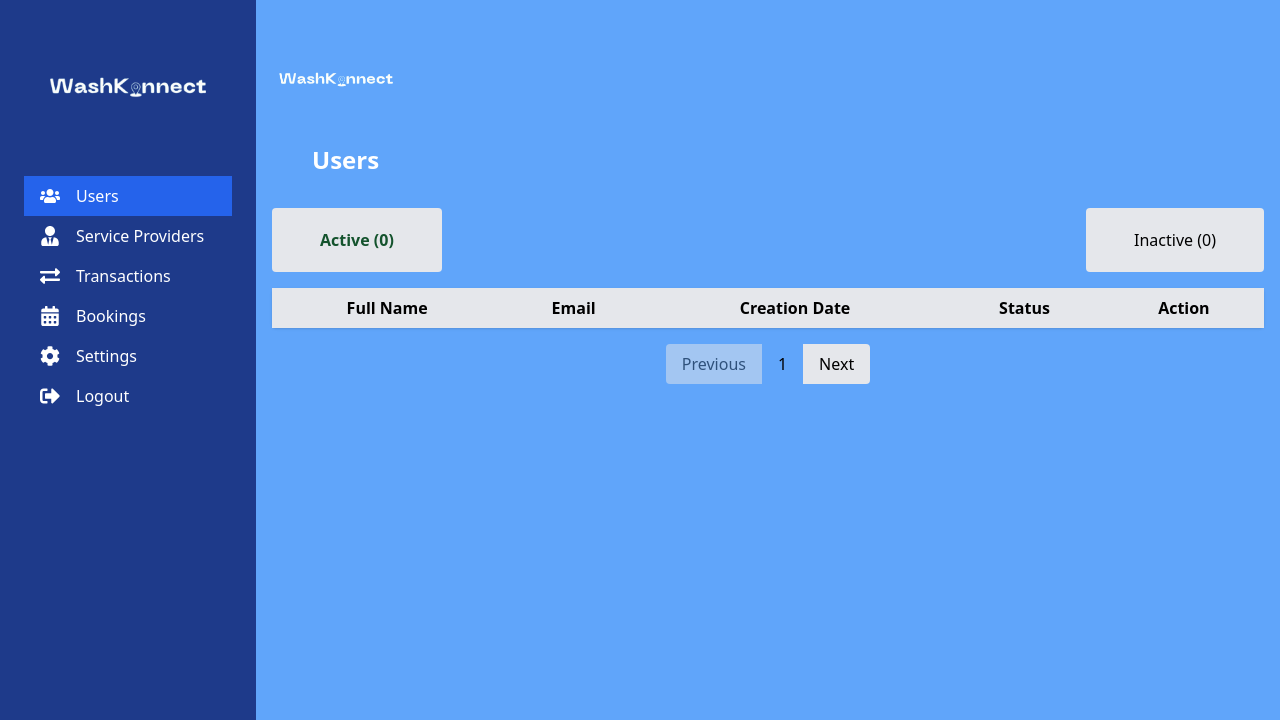
Repository: TEKVOLUTION-LTD/Admin-washKonnect
Page: /dashboard/users (app in Admin-WashKonnect/)
These files come from the project's save history. The page is drawn as it stood at one moment and after the next save; the edit follows.
The browser window is 1280 px wide. The pictures show the whole page.
The page's requests for data from a server got no answer. The project was rebuilt for these pictures with package versions that can differ from the ones it lists, and the page was loaded fresh each time. No one was signed in, and anything a server would have sent is missing. Also part of the build but not shown: Admin-WashKonnect/vite.config.js, Admin-WashKonnect/src/pages/LoginPage.jsx, Admin-WashKonnect/src/pages/ServiceProviderPage.jsx, Admin-WashKonnect/src/pages/TransactionsPage.jsx, Admin-WashKonnect/src/pages/BookingsPage.jsx, Admin-WashKonnect/src/pages/SettingsPage.jsx, Admin-WashKonnect/src/pages/LogoutPage.jsx, Admin-WashKonnect/src/pages/ServiceProviderProfile.jsx and 1 more.

Above is the page before, as saved 2024-11-25 14:50:42.

### Admin-WashKonnect/src/App.jsx
import { BrowserRouter as Router, Route, Routes } from "react-router-dom";
import LoginPage from "./pages/LoginPage";
import Dashboard from "./pages/Dashboard";
import SignUpPage from "./pages/SignUpPage";

function App() {
  return (
    <Router>
      <Routes>
        <Route path="/" element={<LoginPage />} />
        <Route path="/dashboard/*" element={<Dashboard />} />
        <Route path='/signup/*' element={<SignUpPage />} />
      </Routes>
    </Router>
  );
}

export default App;

### Admin-WashKonnect/src/pages/Dashboard.jsx
import { Route, Routes } from "react-router-dom";
import Sidebar from "../components/Sidebar";
import UserPage from "../components/UsersPage";
import ServiceProviderPage from "./ServiceProviderPage";
import TransactionsPage from "./TransactionsPage";
import BookingsPage from "./BookingsPage";
import SettingsPage from "./SettingsPage";
import LogoutPage from "./LogoutPage";
import ServiceProviderProfile from "./ServiceProviderProfile";

const Dashboard = () => {
  return (
    <div className="flex h-screen ">
      <Sidebar />
      <div className="flex-1 bg-blue-400 p-4 overflow-auto ">
        <Routes>
          <Route path="users" element= {<UserPage />} />
          {/* <Route path="users" element= {<UserPage />} /> */}
          <Route path="service-providers" element={<ServiceProviderPage />} />
          <Route path="service-providerprofile" element={<ServiceProviderProfile />} />
          <Route path="transactions" element={<TransactionsPage />} />
          <Route path="bookings" element={<BookingsPage />} />
          <Route path="settings" element={<SettingsPage />} />
          <Route path="logout" element={<LogoutPage />} />
        </Routes>
      </div>
    </div>
  );
};

export default Dashboard;

### Admin-WashKonnect/src/api/api.js
import axios from "axios";

const API = axios.create({
  baseURL: "http://localhost:5000/api", // Change this to match your backend URL
});

export default API;

### Admin-WashKonnect/src/components/Sidebar.jsx
import { NavLink } from "react-router-dom";
import { FaUsers, FaUserTie, FaExchangeAlt, FaCalendarAlt, FaCog, FaSignOutAlt } from "react-icons/fa";
import WashkonnectLogo from '../assets/WashkonnectLogo.png'

const Sidebar = () => {
  const links = [
    { name: "Users", path: "users", icon: <FaUsers /> },
    { name: "Service Providers", path: "service-providers", icon: <FaUserTie /> },
    { name: "Transactions", path: "transactions", icon: <FaExchangeAlt /> },
    { name: "Bookings", path: "bookings", icon: <FaCalendarAlt /> },
    { name: "Settings", path: "settings", icon: <FaCog /> },
    { name: "Logout", path: "logout", icon: <FaSignOutAlt /> },
  ];

  return (
    <div className="w-64 bg-blue-900 text-white h-full  flex flex-col ">
      <div>
        <img src={WashkonnectLogo} className="h-[11rem] mx-10" alt="" />
      </div>
      <nav className="flex-1 mt-[rem] px-[1.5rem] ">
        {links.map((link) => (
          <NavLink
            key={link.name}
            to={`/dashboard/${link.path}`}
            className={({ isActive }) =>
              `block px-4 py-2 flex items-center space-x-4 hover:bg-blue-400 ${
                isActive ? "bg-blue-600" : ""
              }`
            }
          >
            <span className="text-xl">{link.icon}</span>
            <span>{link.name}</span>
          </NavLink>
        ))}
      </nav>
    </div>
  );
};

export default Sidebar;

### Admin-WashKonnect/src/components/UsersPage.jsx
import { useState, useEffect } from "react";
import { NavLink } from "react-router-dom"; // Import NavLink for navigation
import API from "../api/api";
import Pagination from "./Pagination";
import WashkonnectLogo from "../assets/WashkonnectLogo.png";

const UserPage = () => {
  const [users, setUsers] = useState([]);
  const [filter, setFilter] = useState("active");
  const [currentPage, setCurrentPage] = useState(1);
  const [activeCount, setActiveCount] = useState(0); // Active users count
  const [inactiveCount, setInactiveCount] = useState(0); // Inactive users count
  const usersPerPage = 10;

  // Fetch users based on filter and calculate counts
  useEffect(() => {
    const fetchUsers = async () => {
      try {
        const response = await API.get(`/users`);
        const allUsers = response.data;

        // Calculate counts
        const activeUsers = allUsers.filter((user) => user.status === "active");
        const inactiveUsers = allUsers.filter((user) => user.status === "inactive");

        setActiveCount(activeUsers.length); // Update active count
        setInactiveCount(inactiveUsers.length); // Update inactive count

        // Filter users for the current view
        const filteredUsers =
          filter === "active" ? activeUsers : inactiveUsers;
        setUsers(filteredUsers);
      } catch (error) {
        console.error("Failed to fetch users", error);
      }
    };

    fetchUsers();
  }, [filter]);

  // Pagination logic
  const startIndex = (currentPage - 1) * usersPerPage;
  const displayedUsers = users.slice(startIndex, startIndex + usersPerPage);

  return (
    <div className="">
      <div>
        <img src={WashkonnectLogo} className="h-[8rem] mx-0" alt="WashKonnect Logo" />
      </div>
      <h1 className="font-bold text-2xl ml-10 text-white">Users</h1>

      {/* Buttons for active and inactive users */}
      <div className="flex justify-between mb-4 mt-[2rem]">
        <button
          onClick={() => setFilter("active")}
          className={`px-[3rem] py-5 rounded ${
            filter === "active" ? "bg-gray-200 text-green-900 font-bold" : "bg-gray-200"
          }`}
        >
          Active ({activeCount}) {/* Display active count */}
        </button>
        <button
          onClick={() => setFilter("inactive")}
          className={`px-[3rem] py-5 rounded ${
            filter === "inactive" ? "bg-gray-200 text-red-600 font-bold" : "bg-gray-200"
          }`}
        >
          Inactive ({inactiveCount}) {/* Display inactive count */}
        </button>
      </div>

      {/* User table */}
      <table className="w-full bg-white rounded shadow">
        <thead>
          <tr className="bg-gray-200">
            <th className="p-2">Full Name</th>
            <th className="p-2">Email</th>
            <th className="p-2">Creation Date</th>
            <th className="p-2">Status</th>
            <th className="p-2">Action</th> {/* Add Action column */}
          </tr>
        </thead>
        <tbody>
          {displayedUsers.map((user) => (
            <tr key={user.id} className="text-center border-t">
              <td className="p-2">{user.fullname}</td>
              <td className="p-2">{user.email}</td>
              <td className="p-2">{user.creationDate}</td>
              <td className="p-2">{user.status}</td>
              <td className="p-2">
                {/* Eye Icon with NavLink */}
                <NavLink to={`/dashboard/users/${user.id}`}>
                  <i className="fas fa-eye cursor-pointer text-blue-600"></i>
                </NavLink>
              </td>
            </tr>
          ))}
        </tbody>
      </table>

      {/* Pagination */}
      <Pagination
        totalItems={users.length}
        itemsPerPage={usersPerPage}
        currentPage={currentPage}
        onPageChange={(page) => setCurrentPage(page)}
      />
    </div>
  );
};

export default UserPage;

### Admin-WashKonnect/src/components/Pagination.jsx
const Pagination = ({ totalItems, itemsPerPage, currentPage, onPageChange }) => {
    const totalPages = Math.ceil(totalItems / itemsPerPage);

    return (
      <div className="flex justify-center mt-4">
        <button
          onClick={() => onPageChange(currentPage - 1)}
          disabled={currentPage === 1}
          className="px-4 py-2 bg-gray-200 rounded-l disabled:opacity-50"
        >
          Previous
        </button>
        <span className="px-4 py-2">{currentPage}</span>
        <button
          onClick={() => onPageChange(currentPage + 1)}
          disabled={currentPage === totalPages}
          className="px-4 py-2 bg-gray-200 rounded-r disabled:opacity-50"
        >
          Next
        </button>
      </div>
    );
  };

  export default Pagination;

Loaded but not shown: Admin-WashKonnect/index.html (common file); Admin-WashKonnect/src/main.jsx (common file); Admin-WashKonnect/src/index.css (common file); Admin-WashKonnect/tailwind.config.js (common file)

After the next save:
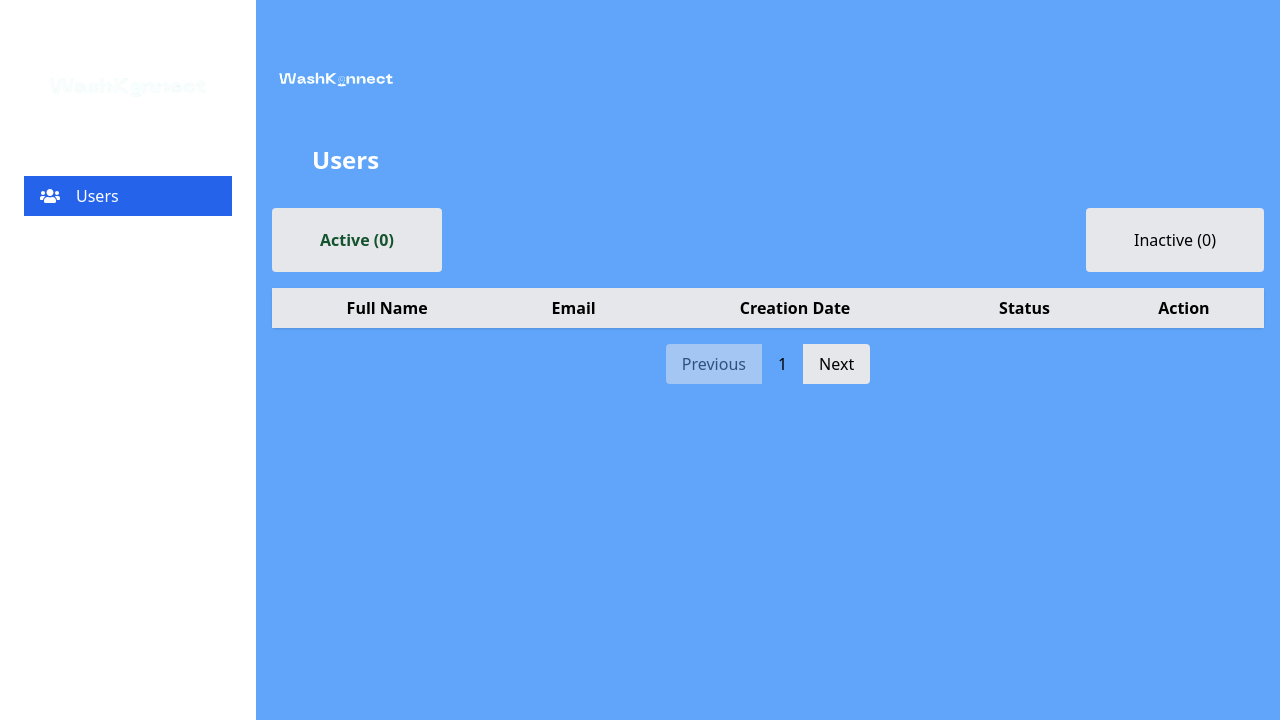
Saved 13 s later.
--- a/Admin-WashKonnect/src/components/Sidebar.jsx
+++ b/Admin-WashKonnect/src/components/Sidebar.jsx
@@ -13,7 +13,7 @@ const Sidebar = () => {
   ];
 
   return (
-    <div className="w-64 bg-blue-900 text-white h-full  flex flex-col ">
+    <div className="w-64 bg-blue-850 text-white h-full  flex flex-col ">
       <div>
         <img src={WashkonnectLogo} className="h-[11rem] mx-10" alt="" />
       </div>
